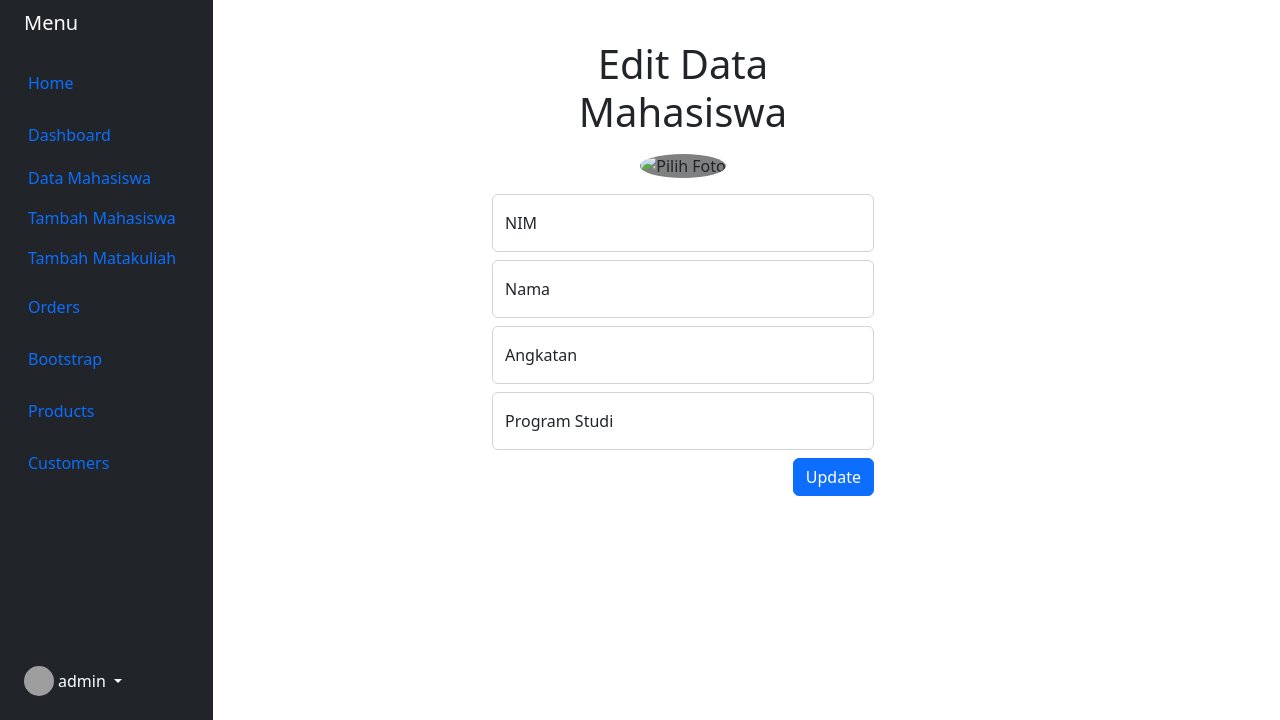
Repository: ervina991/uas-headless-cms
Page: /admin/siswa/updatesiswa
The author's editor kept a copy of each file at every save. The page is drawn from the files as they stood at one save, then again after a run of saves.
The browser window is 1280 px wide. The pictures show the whole page.
Pictures or frames that could not be fetched are drawn as grey boxes. The project was rebuilt for these pictures with package versions that can differ from the ones it lists, and the page was loaded fresh each time. The framework's server and built-in components were replaced by stand-ins that run in the browser. Also part of the build but not shown: next.config.js.

Above is the page before, as saved 2023-01-15 09:57:47.

### pages/_app.js
//import '../styles/globals.css'
import React from 'react'
import { SessionProvider } from 'next-auth/react'
import 'bootstrap/dist/css/bootstrap.min.css'

function MyApp({ Component, pageProps:{session, ...pageProps} }) {
  return (
    <SessionProvider session={session}>
      <Component {...pageProps} />
    </SessionProvider>
  );
}

export default MyApp

### pages/admin/siswa/updatesiswa.js
//@ts-check

import UpdateMahasiswa from "../../../components/admin/mahasiswa/UpdateMahasiswa"
import AdminLayout from "../../../components/admin/AdminLayout";
const updatemahasiswa = () => {
    return (
        <div>
            <AdminLayout>
                <UpdateMahasiswa />
            </AdminLayout>
        </div>
     );
}

export default updatemahasiswa;

### components/admin/mahasiswa/UpdateMahasiswa.js
//@ts-check

import { useEffect, useState } from "react";
import Router, { useRouter } from 'next/router';
import axios from "axios";

const UpdateMahasiswa = () => {
    //Deklarasi state
    const [_nim, setNim] = useState('');
    const [_nama, setNama] = useState('');
    const [_angkatan, setAngkatan] = useState('');
    const [_prodi, setProdi] = useState('');
    const [_foto, setFoto] = useState(null);
    const [selectedFile, setSelectedFile] = useState('');
    const [file, setFile] = useState('');

    // mengambil data yang dikrim melalui router
    const router = useRouter();
    const { nim, nama, angkatan, prodi } = router.query;

    useEffect(() => {
        if (typeof nim == 'string') {
            setNim(nim);
        }
        if (typeof nama == 'string') {
            setNama(nama)
        }
        if (typeof angkatan == 'string') {
            setAngkatan(angkatan)
        }
        if (typeof prodi == 'string') {
            setProdi(prodi)
        }
    }, [nim, nama, angkatan, prodi])

    const onSelectImage = (e) => {
        if (!e.target.files || e.target.files.length === 0) {
            setSelectedFile(undefined)
            return
        }

        const _file = e.target.files[0];

        const reader = new FileReader()
        reader.onload = function () {
            setFile(_file);
            setFoto(reader.result);
        }
        reader.readAsDataURL(_file)
    }

    const submitHandler = async (e) => {
        e.preventDefault()
        // setSubmitting(true)
        try {

            axios
                .put(`http://localhost:5000/mahasiswa/${_nim}`, {
                    nim: _nim,
                    nama: _nama,
                    angkatan: _angkatan,
                    prodi: _prodi,
                })
                .then(response => {
                    console.log(response);
                });

            alert("Update Data Sukses")
            Router.push('/admin/mahasiswa/datamahasiswa')
        } catch (e) {
            //throw Error(e.message)
            console.log({ message: e.message });
        }
    }

    return (
        <div>
            <div className="container mt-4">
                <form className="w-50 mx-auto" onSubmit={submitHandler}>
                    <h1 className="w-75 font-bold text-center mb-3">Edit Data Mahasiswa</h1>

                    <div className="w-75 text-center mb-3">
                        <label htmlFor="uploadGambar">
                            <img
                                className="rounded-circle"
                                src={_foto} alt="Pilih Foto"
                                style={{
                                    background: "gray",
                                    width: "100px", height: "100px"
                                }} />
                        </label>
                        <input
                            id="uploadGambar"
                            type="file"
                            style={{ display: "none" }}
                            onChange={onSelectImage} />
                    </div>

                    <div className="w-75">
                        <div className="form-floating">
                            <input
                                className="form-control mb-2"
                                id="nim"
                                type="text"
                                placeholder="NIM"
                                value={_nim}
                                onChange={(e) => setNim(e.target.value)}
                            />
                            <label htmlFor="nim">NIM</label>
                        </div>

                        <div className="form-floating">
                            <input
                                className="form-control mb-2"
                                id="nama"
                                type="text"
                                placeholder="nama"
                                value={_nama}
                                onChange={(e) => setNama(e.target.value)}
                            />
                            <label htmlFor="nim">Nama</label>
                        </div>

                        <div className="form-floating">
                            <input
                                className="form-control mb-2"
                                id="angkatan"
                                type="text"
                                placeholder="angkatan"
                                value={_angkatan}
                                onChange={(e) => setAngkatan(e.target.value)}
                            />
                            <label htmlFor="nim">Angkatan</label>
                        </div>
                        <div className="form-floating">
                            <input
                                className="form-control mb-2"
                                id="prodi"
                                type="text"
                                placeholder="Program Studi"
                                value={_prodi}
                                onChange={(e) => setProdi(e.target.value)}
                            />
                            <label htmlFor="nim">Program Studi</label>
                        </div>

                        <div className="d-flex flex-row-reverse">
                            <button className="btn btn-primary" type="submit">Update</button>
                        </div>
                    </div>
                </form>
            </div>
        </div>
    );
}

export default UpdateMahasiswa;

### components/admin/AdminLayout.js

import SideBar from './SideBar';

function AdminLayout({children}) {
    return (
        <div>
            <SideBar children = {children} />
                {/* {children}
            </SideBar> */}
        </div>
    );
}
export default AdminLayout;

### components/admin/SideBar.js
//@ts-check

import Link from 'next/link';
import Script from 'next/script';
const SideBar = ({ children }) => {
    return (
        <div>
            <div className="container-fluid">
                <div className="row flex-nowrap">
                    <div className="col-auto col-md-3 col-xl-2 px-sm-2 px-0 bg-dark">
                        <div className="d-flex flex-column align-items-center align-items-sm-start px-3 pt-2 text-white min-vh-100">
                            <a href="#" className="d-flex align-items-center pb-3 mb-md-0 me-md-auto text-white text-decoration-none">
                                <span className="fs-5 d-none d-sm-inline">Menu</span>
                            </a>
                            <ul className="nav nav-pills flex-column mb-sm-auto mb-0 align-items-center align-items-sm-start" id="menu">
                                <li className="nav-item">
                                    <Link href='/admin'>
                                        <a className="nav-link align-middle px-0">
                                            <i className="fs-4 bi-house" /> <span className="ms-1 d-none d-sm-inline">Home</span>
                                        </a>
                                    </Link>
                                </li>
                                <li>
                                    <a href="#submenu1" data-bs-toggle="collapse" className="nav-link px-0 align-middle">
                                        <i className="fs-4 bi-speedometer2" /> <span className="ms-1 d-none d-sm-inline">Dashboard</span> </a>
                                    <ul className="collapse show nav flex-column ms-1" id="submenu1" data-bs-parent="#menu">
                                       {/*  <li className="w-100">
                                            <Link href={{
                                                            pathname: "/admin/datamahasiswa",
                                                            query : {id : '123', nama:'riza'}}}>
                                                <a className="nav-link px-0">
                                                    <span className="d-none d-sm-inline">Data Mahasiswa</span>
                                                </a>
                                            </Link>
                                        </li> */}
                                         <li className="w-100">
                                            <Link href={"/admin/mahasiswa/datamahasiswa"}>

                                                <a className="nav-link px-0">
                                                    <span className="d-none d-sm-inline">Data Mahasiswa</span>
                                                </a>
                                            </Link>
                                        </li>
                                        <li>
                                            <Link href={"/admin/mahasiswa/createmahasiswa"}>
                                                <a className="nav-link px-0"> <span className="d-none d-sm-inline">Tambah Mahasiswa</span></a>
                                            </Link>
                                        </li>
                                        <li>
                                            <Link href={"/admin/matakuliah/creatematakuliah"}>
                                                <a className="nav-link px-0"> <span className="d-none d-sm-inline">Tambah Matakuliah</span></a>
                                            </Link>
                                        </li>
                                    </ul>
                                </li>
                                <li>
                                    <a href="#" className="nav-link px-0 align-middle">
                                        <i className="fs-4 bi-table" /> <span className="ms-1 d-none d-sm-inline">Orders</span></a>
                                </li>
                                <li>
                                    <a href="#submenu2" data-bs-toggle="collapse" className="nav-link px-0 align-middle ">
                                        <i className="fs-4 bi-bootstrap" /> <span className="ms-1 d-none d-sm-inline">Bootstrap</span></a>
                                    <ul className="collapse nav flex-column ms-1" id="submenu2" data-bs-parent="#menu">
                                        <li className="w-100">
                                            <a href="#" className="nav-link px-0"> <span className="d-none d-sm-inline">Item</span> 1</a>
                                        </li>
                                        <li>
                                            <a href="#" className="nav-link px-0"> <span className="d-none d-sm-inline">Item</span> 2</a>
                                        </li>
                                    </ul>
                                </li>
                                <li>
                                    <a href="#submenu3" data-bs-toggle="collapse" className="nav-link px-0 align-middle">
                                        <i className="fs-4 bi-grid" /> <span className="ms-1 d-none d-sm-inline">Products</span> </a>
                                    <ul className="collapse nav flex-column ms-1" id="submenu3" data-bs-parent="#menu">
                                        <li className="w-100">
                                            <a href="#" className="nav-link px-0"> <span className="d-none d-sm-inline">Product</span> 1</a>
                                        </li>
                                        <li>
                                            <a href="#" className="nav-link px-0"> <span className="d-none d-sm-inline">Product</span> 2</a>
                                        </li>
                                        <li>
                                            <a href="#" className="nav-link px-0"> <span className="d-none d-sm-inline">Product</span> 3</a>
                                        </li>
                                        <li>
                                            <a href="#" className="nav-link px-0"> <span className="d-none d-sm-inline">Product</span> 4</a>
                                        </li>
                                    </ul>
                                </li>
                                <li>
                                    <a href="#" className="nav-link px-0 align-middle">
                                        <i className="fs-4 bi-people" /> <span className="ms-1 d-none d-sm-inline">Customers</span> </a>
                                </li>
                            </ul>
                            <hr />
                            <div className="dropdown pb-4">
                                <a href="#" className="d-flex align-items-center text-white text-decoration-none dropdown-toggle" id="dropdownUser1" data-bs-toggle="dropdown" aria-expanded="false">
                                    <img src="https://github.com/mdo.png" alt="hugenerd" width={30} height={30} className="rounded-circle" />
                                    <span className="d-none d-sm-inline mx-1">admin</span>
                                </a>
                                <ul className="dropdown-menu dropdown-menu-dark text-small shadow">
                                    <li><a className="dropdown-item" href="#">New project...</a></li>
                                    <li><a className="dropdown-item" href="#">Settings</a></li>
                                    <li><a className="dropdown-item" href="#">Profile</a></li>
                                    <li>
                                        <hr className="dropdown-divider" />
                                    </li>
                                    <li><a className="dropdown-item" href="#">Sign out</a></li>
                                </ul>
                            </div>
                        </div>
                    </div>
                    <div className="col py-3">
                        {children}
                    </div>
                </div>
            </div>
            <Script src="https://cdn.jsdelivr.net/npm/bootstrap@5.2.0-beta1/dist/js/bootstrap.bundle.min.js" integrity="sha384-pprn3073KE6tl6bjs2QrFaJGz5/SUsLqktiwsUTF55Jfv3qYSDhgCecCxMW52nD2" crossOrigin="anonymous"></Script>
        </div>
    );
}

export default SideBar;

After the next 2 saves:
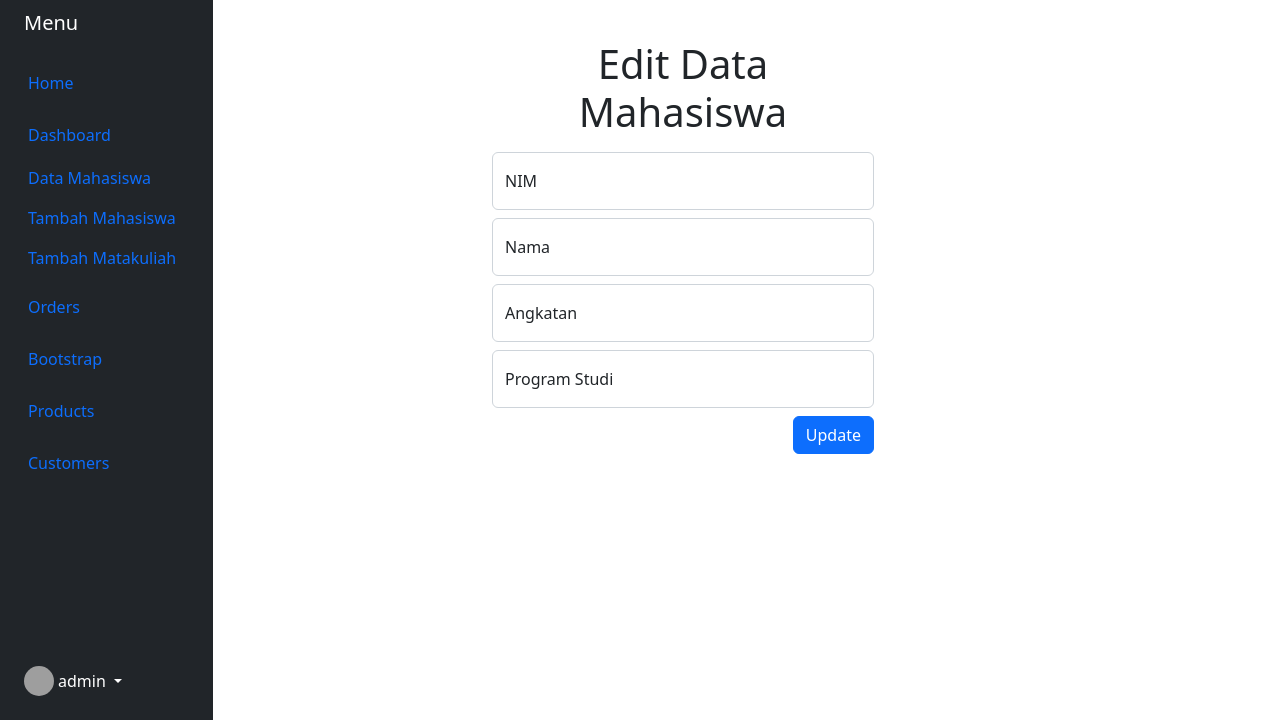
The 2 saves are shown as one change because 1 did not build or start.
The last was saved 9 min 47 s later.
--- a/components/admin/mahasiswa/UpdateMahasiswa.js
+++ b/components/admin/mahasiswa/UpdateMahasiswa.js
@@ -3,6 +3,7 @@
 import { useEffect, useState } from "react";
 import Router, { useRouter } from 'next/router';
 import axios from "axios";
+import React from "react";
 
 const UpdateMahasiswa = () => {
     //Deklarasi state
@@ -33,7 +34,7 @@ const UpdateMahasiswa = () => {
         }
     }, [nim, nama, angkatan, prodi])
 
-    const onSelectImage = (e) => {
+/*     const onSelectImage = (e) => {
         if (!e.target.files || e.target.files.length === 0) {
             setSelectedFile(undefined)
             return
@@ -48,7 +49,7 @@ const UpdateMahasiswa = () => {
         }
         reader.readAsDataURL(_file)
     }
-
+ */
     const submitHandler = async (e) => {
         e.preventDefault()
         // setSubmitting(true)
@@ -79,7 +80,7 @@ const UpdateMahasiswa = () => {
                 <form className="w-50 mx-auto" onSubmit={submitHandler}>
                     <h1 className="w-75 font-bold text-center mb-3">Edit Data Mahasiswa</h1>
 
-                    <div className="w-75 text-center mb-3">
+{/*                     <div className="w-75 text-center mb-3">
                         <label htmlFor="uploadGambar">
                             <img
                                 className="rounded-circle"
@@ -95,7 +96,7 @@ const UpdateMahasiswa = () => {
                             style={{ display: "none" }}
                             onChange={onSelectImage} />
                     </div>
-
+ */}
                     <div className="w-75">
                         <div className="form-floating">
                             <input
